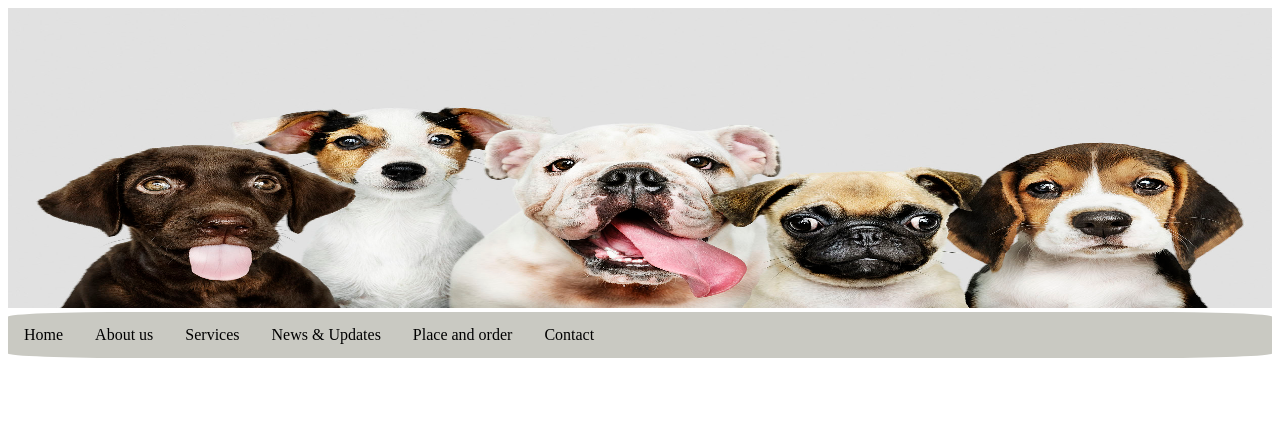
Repository: Tayma-Kazmouz/labwork
Page: index.html
An editor plug-in stored every save of this project. The page is shown before and after the next save, followed by the edit.
The browser window is 1280 px wide. The pictures show the whole page.

Above is the page before, as saved 2022-04-04 16:02:02.

After the next save:
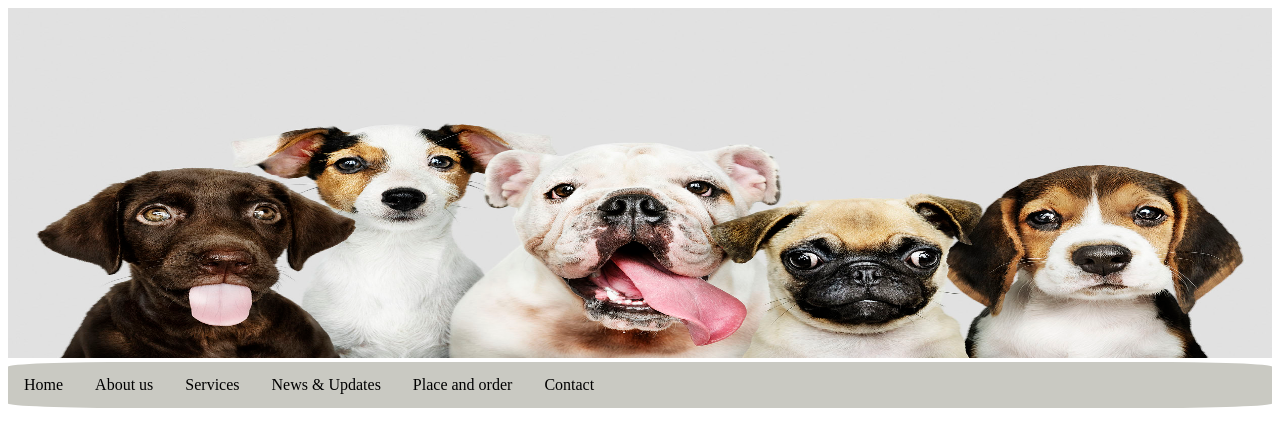
Saved 6 s later.
--- a/styles.css
+++ b/styles.css
@@ -1,6 +1,6 @@
 .banner{
     width:100%;
-    height: 300px;
+    height: 350px;
     position: relative;
 }
 
